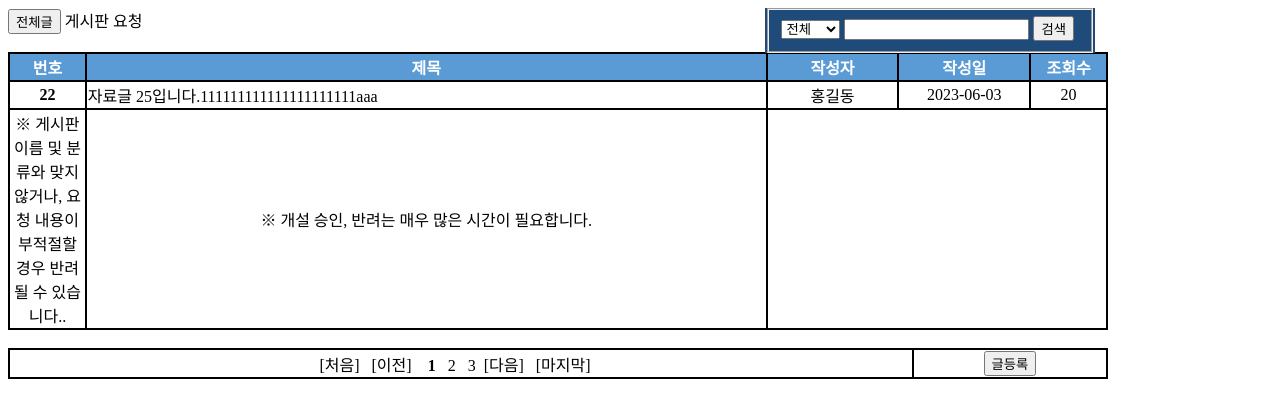
Repository: LJzero-dev/java-study
Page: http://localhost/ktbwos/bbs/request_list.jsp
The author's editor kept a copy of each file at every save. The page is drawn from the files as they stood at one save, then again after the next save.
The browser window is 1280 px wide. The pictures show the whole page.
The page is served by Tomcat 9.

Above is the page before, as saved 2023-06-11 05:26:35.

After the next save:
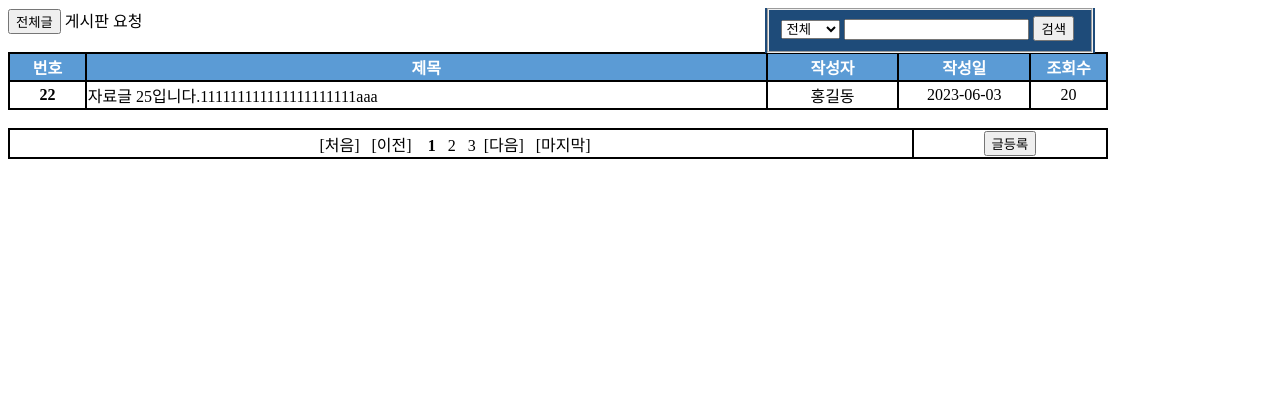
Saved 11 s later.
--- a/web/ktbwos/WebContent/bbs/request_list.jsp
+++ b/web/ktbwos/WebContent/bbs/request_list.jsp
@@ -43,10 +43,6 @@ int cpage = 1, psize = 3, bsize = 3, rcnt = 10, pcnt = 10, schargs = 10;	// 페
 		<tr>
 			<td><b>22</b></td><td><span style="float:left;">자료글 25입니다.111111111111111111111<a href="">aaa</a></span></td><td>홍길동</td><td>2023-06-03</td><td>20</td>
 		</tr>
-		<tr>
-			<td>※ 게시판 이름 및 분류와 맞지 않거나, 요청 내용이 부적절할 경우 반려될 수 있습니다..</td>
-			<td>※ 개설 승인, 반려는 매우 많은 시간이 필요합니다.</td>
-		</tr>
 	</table>
 </div>
 <br />
